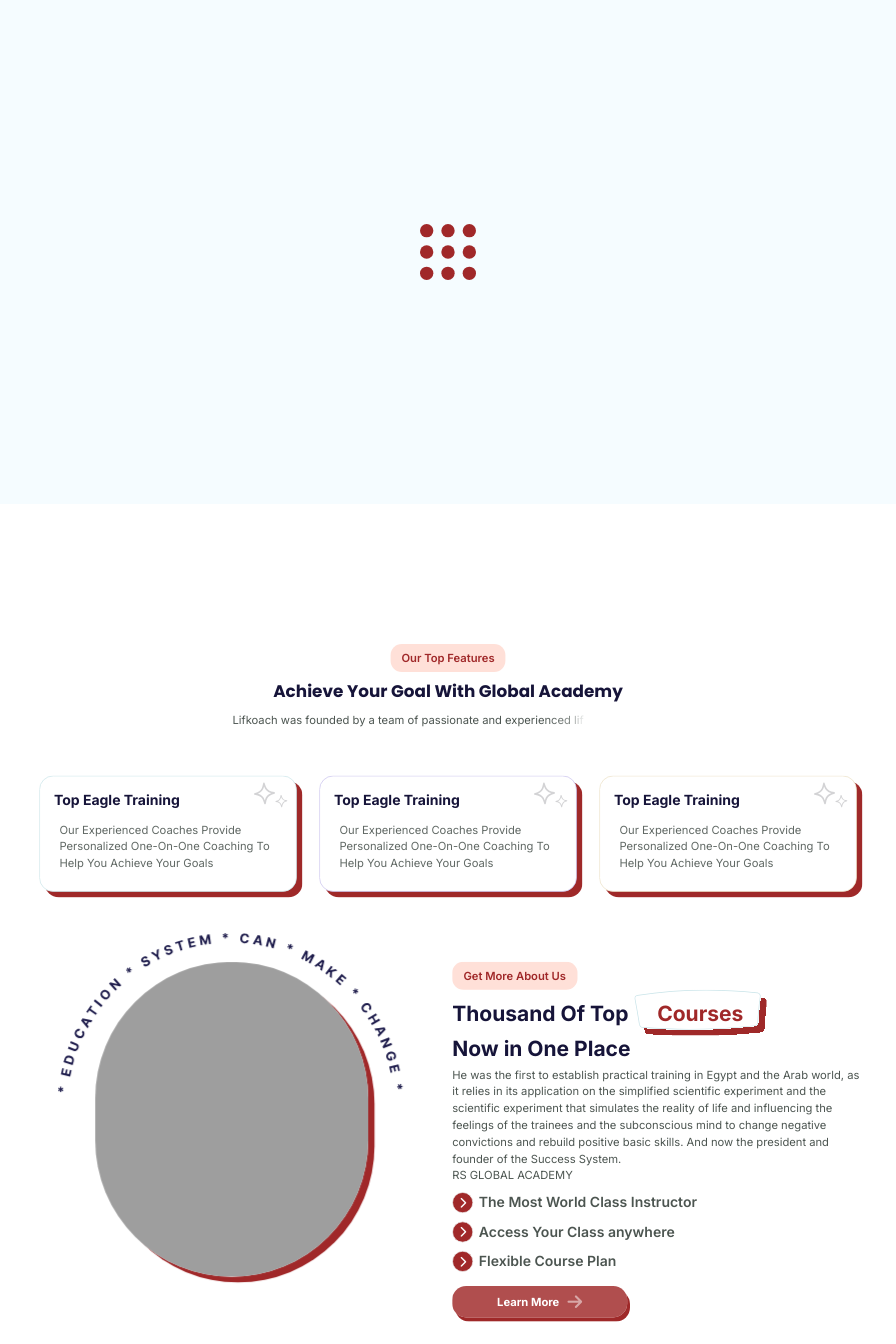
Repository: OmarAhmedEl-hanafy/OT_FRONT
Page: /
These files come from the project's save history. The page is drawn as it stood at one moment and after the next save; the edit follows.
The browser window is 1280 px wide. The pictures show the part of the page from y = 0 to 1920 px (the page is 5898 px tall), at 70% of full size.
Pictures or frames that could not be fetched are drawn as grey boxes. The page's requests for data from a server got no answer. The project was rebuilt for these pictures with package versions that can differ from the ones it lists, and the page was loaded fresh each time. No one was signed in, and anything a server would have sent is missing. Also part of the build but not shown: vite.config.ts, src/components/Legout/Legout.tsx, src/pages/AboutUs/AboutUs.css, src/pages/AboutUs/Section2.tsx, src/pages/AboutUs/Section3.tsx, src/pages/AboutUs/Section4.css, src/pages/AboutUs/Section4.tsx, src/pages/AboutUs/AboutUs.tsx and 28 more. Imported but missing from the stored project, and not drawn on this page: src/assets/images/video-1.mp4.

Above is the page before, as saved 2024-07-31 13:44:09.

After the next save:
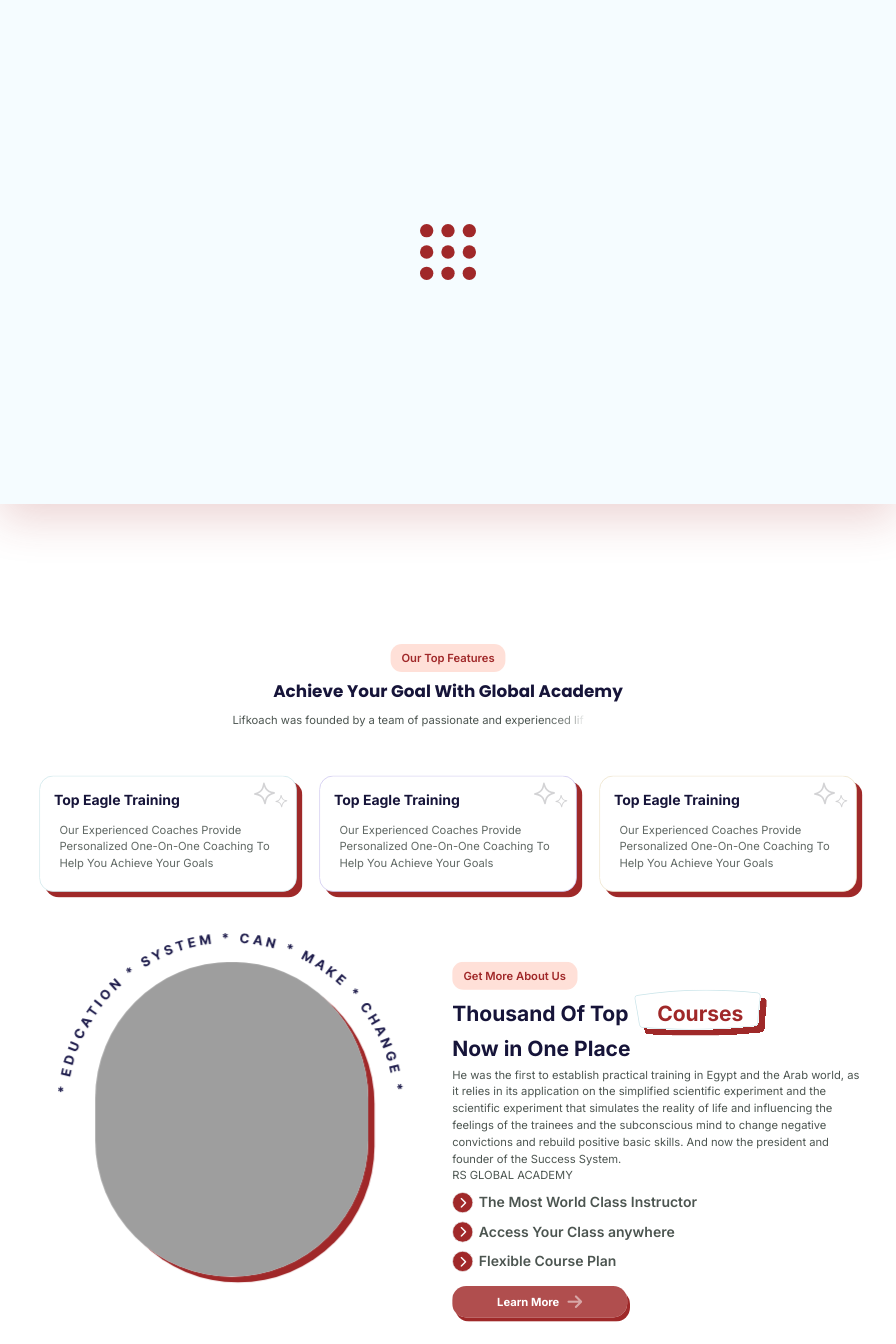
Saved 23 s later.
--- a/src/components/HomeComponents/Header.tsx
+++ b/src/components/HomeComponents/Header.tsx
@@ -42,7 +42,7 @@ function Header() {
           </div>
         </Slider>
       </div> */}
-       <Carousel/>
+      <Carousel />
 
       {/* <div className="absolute top-[50%] left-0 right-0 px-2 -translate-y-1/2 flex">
         <button
@@ -60,7 +60,14 @@ function Header() {
         </button>
       </div> */}
 
-      <div style={{background: 'linear-gradient(180deg, rgba(160, 41, 41, 0) 0%, rgba(160, 41, 41, 0.77) 100%)',}} className="absolute top-0 left-0 w-full h-[85%] -z-10">
+      <div
+        style={{
+          background:
+            "linear-gradient(180deg, rgba(160, 41, 41, 0) 0%, rgba(160, 41, 41, 0.77) 100%)",
+          boxShadow: "0px 30px 60px rgba(160, 41, 41, 0.2)",
+        }}
+        className="absolute top-0 left-0 w-full h-[85%] -z-10"
+      >
         <img className="" src={bg} />
       </div>
     </section>
@@ -75,9 +82,4 @@ export default Header;
 // width: 1457px;
 // height: 832px;
 
-
-
-
-
-
 // box-shadow: 0px 30px 60px rgba(160, 41, 41, 0.2);
